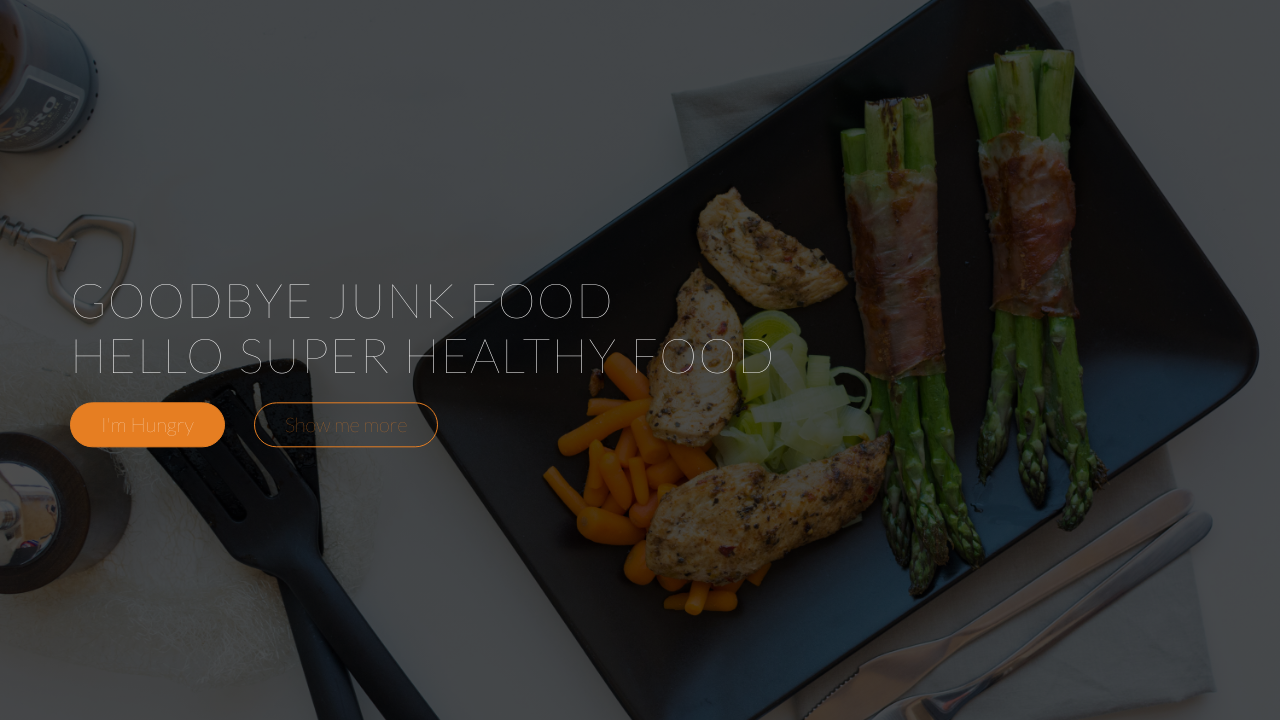
Repository: Priyanshubhartistm/FOODS-PROJECT
Page: index.html
An editor plug-in stored every save of this project. The page is shown before and after a run of saves, followed by the edit.
The browser window is 1280 px wide. The pictures show the whole page.

Above is the page before, as saved 2023-02-15 14:04:29.

After the next 4 saves:
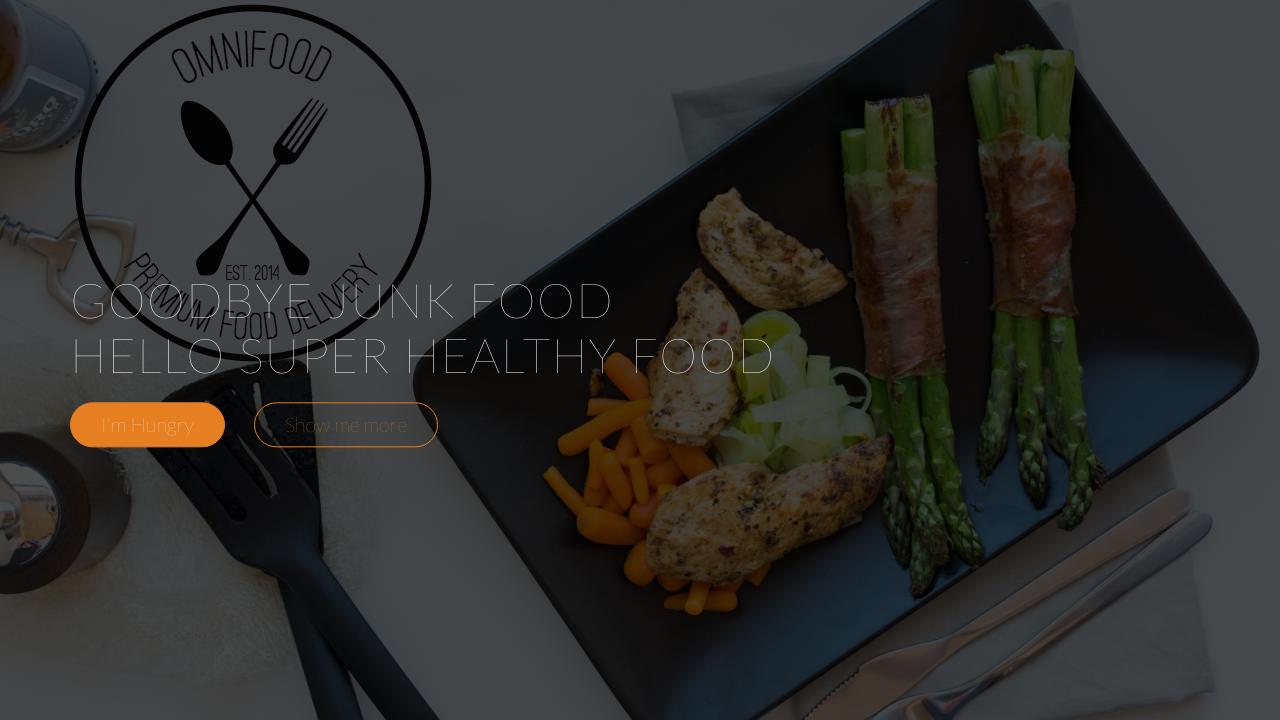
The 4 saves are shown as one change because they came seconds apart.
The last was saved 14 s later.
--- a/index.html
+++ b/index.html
@@ -19,7 +19,7 @@
     <header>
         <nav>
             <div class="row">
-<img src="">
+<img src="resources/img/logo.png">
             </div>
         </nav>
 
